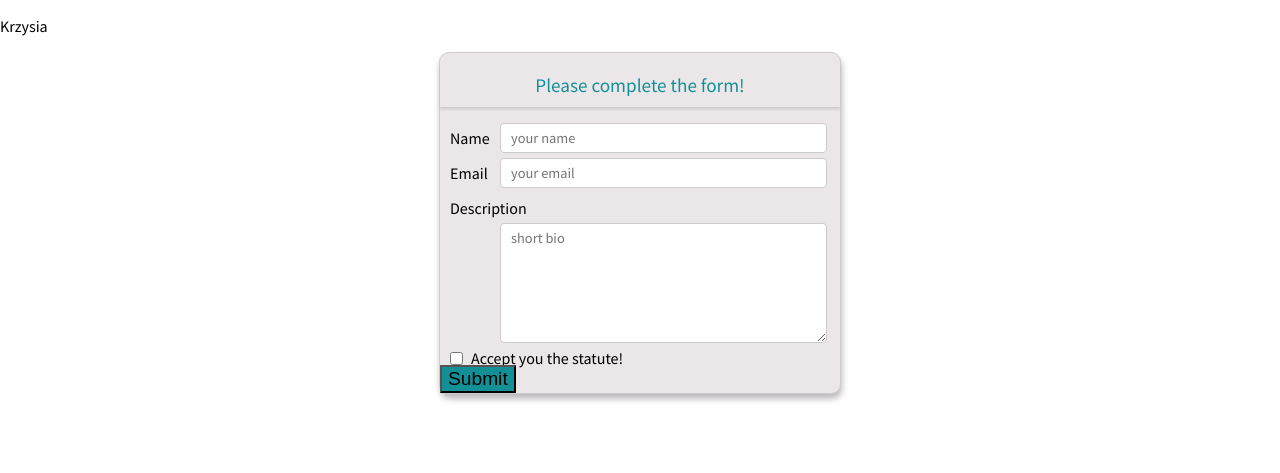
Repository: KrzysKolo/sr_tydzien4_zad2
Page: /
An editor plug-in stored every save of this project. The page is shown before and after the next save, followed by the edit.
The browser window is 1280 px wide. The pictures show the whole page.
The project was rebuilt for these pictures with package versions that can differ from the ones it lists, and the page was loaded fresh each time. Also part of the build but not shown: src/components/formComponents/ErrorMessage.js, src/components/formComponents/Message.js.

Above is the page before, as saved 2020-11-27 22:16:19.

After the next save:
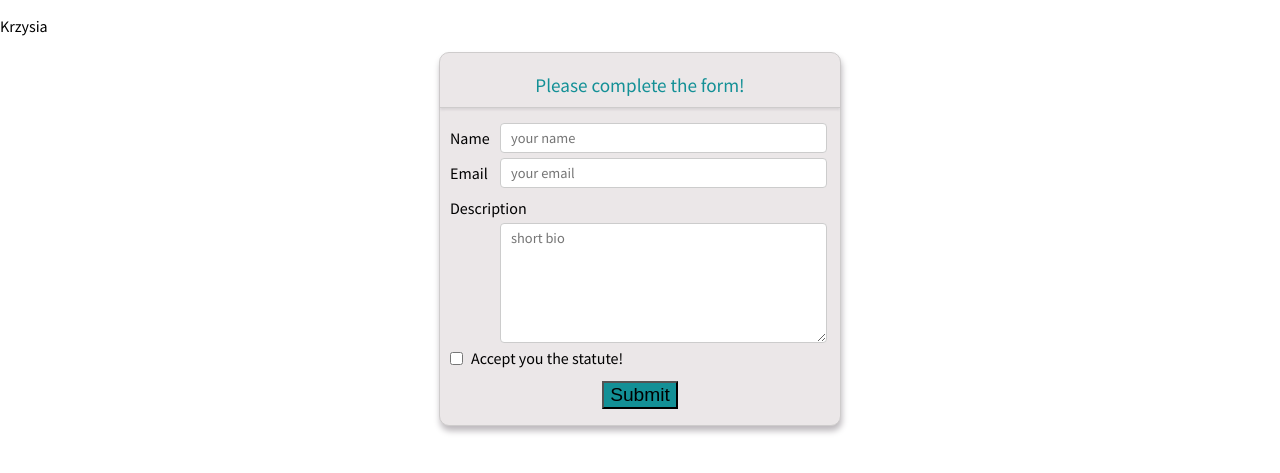
Saved 34 s later.
--- a/src/components/formComponents/Button.js
+++ b/src/components/formComponents/Button.js
@@ -2,8 +2,8 @@ import React from 'react'
 import styled from 'styled-components';
 
 const BtnSubmit = styled.button`
-
-    margin: 0 auto;
+    display: block;
+    margin: 4% auto;
     background: rgb(19, 144, 150);
     font-size: 1.2rem;
 `;
